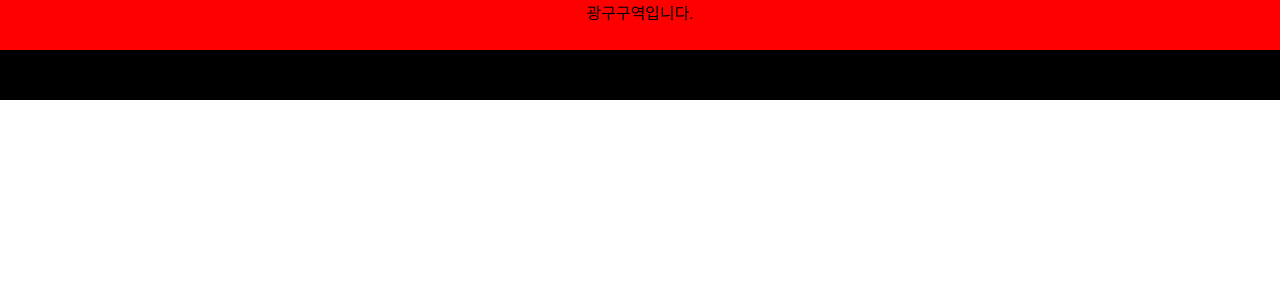
Repository: leehyeonung/myproject
Page: http://localhost/myproject/
These files come from the project's save history. The page is drawn as it stood at one moment and after the next save; the edit follows.
The browser window is 1280 px wide. The pictures show the whole page.
The page is served by Tomcat 9.

Above is the page before, as saved 2023-03-15 12:29:46.

After the next save:
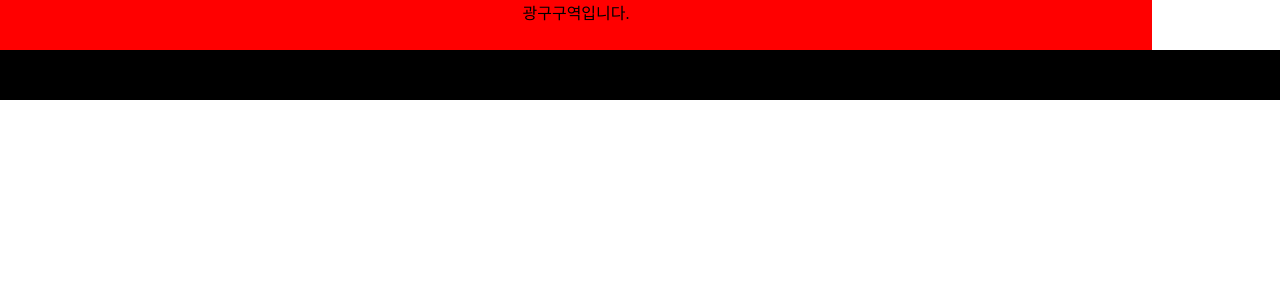
Saved 28 s later.
--- a/myproject/src/main/webapp/resources/css/header.css
+++ b/myproject/src/main/webapp/resources/css/header.css
@@ -5,7 +5,7 @@
 }
 
 .ad{
-	width:100%;
+	width:90%;
 	height: 50px;
 	background-color: red;
 }
